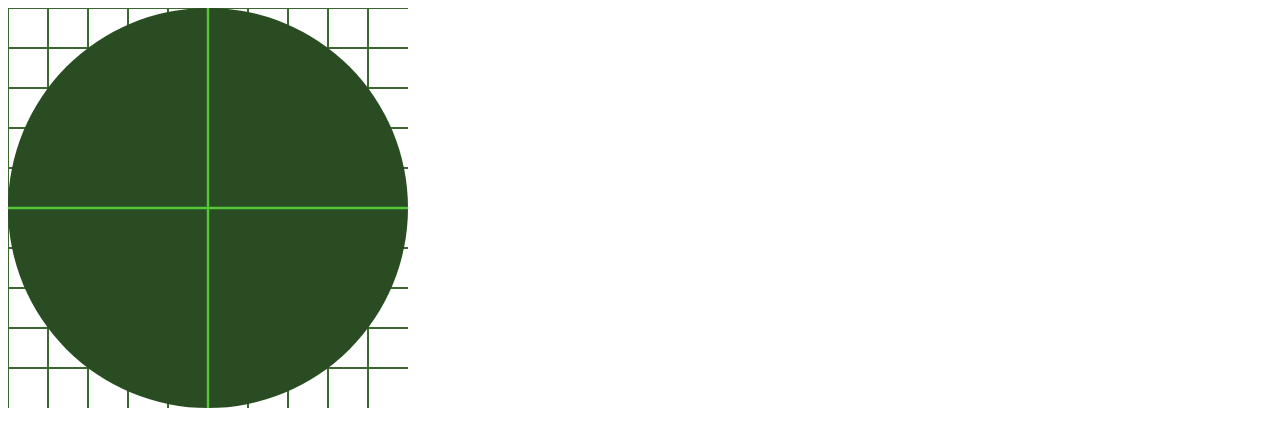
Repository: pedro-mancano/ProjetoCDM204
Page: scripts/radar.html
The author's editor kept a copy of each file at every save. The page is drawn from the files as they stood at one save, then again after the next save.
The browser window is 1280 px wide. The pictures show the whole page.

Above is the page before, as saved 2024-11-27 08:11:15.

After the next save:
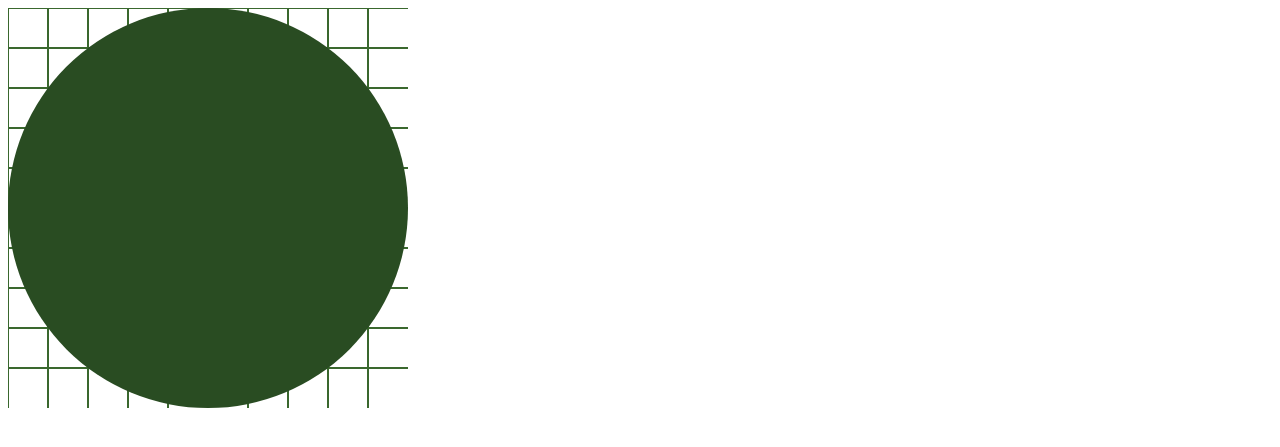
Console error: ReferenceError: centerX is not defined
Saved 3 min 52 s later.
--- a/scripts/radar.js
+++ b/scripts/radar.js
@@ -31,6 +31,12 @@
   ctx.fill();
 
   // Clear outside of the circle
+  ctx.globalCompositeOperation = 'destination-out';
+  ctx.beginPath();
+  ctx.arc(centerX, centerY, canvas.height / 200, 0, Math.PI * 2);
+  ctx.rect(canvas.width, canvas.height, -canvas.width, -canvas.height); // Covers entire canvas
+  ctx.fill();
+  ctx.globalCompositeOperation = 'source-over'; // Reset mode
 
 
   // Draw grid lines (4 lines, 90 degrees apart)

After the save that followed:
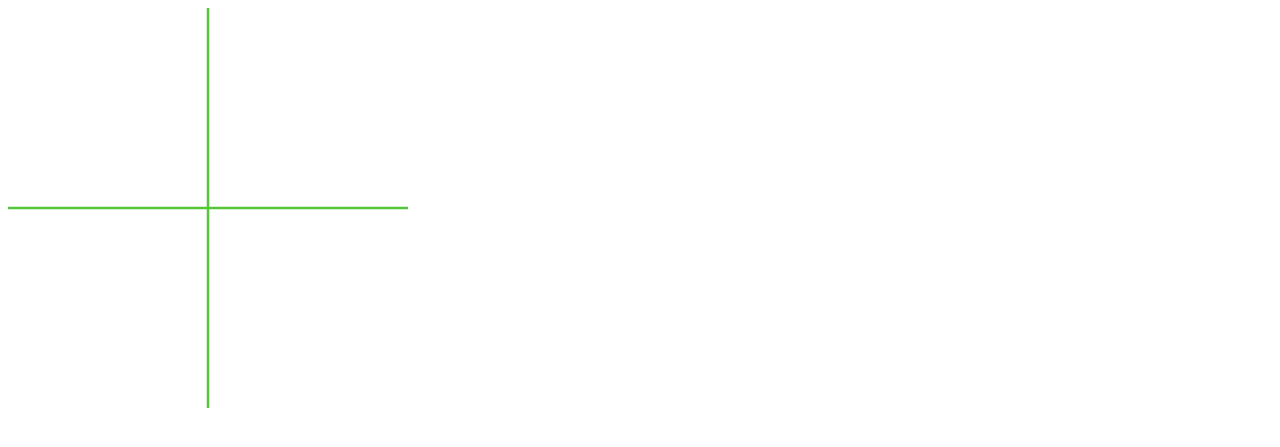
The error is gone.
Saved 9 s later.
--- a/scripts/radar.js
+++ b/scripts/radar.js
@@ -33,7 +33,7 @@
   // Clear outside of the circle
   ctx.globalCompositeOperation = 'destination-out';
   ctx.beginPath();
-  ctx.arc(centerX, centerY, canvas.height / 200, 0, Math.PI * 2);
+  ctx.arc(canvas.height / 200, canvas.height / 200, canvas.height / 200, 0, Math.PI * 2);
   ctx.rect(canvas.width, canvas.height, -canvas.width, -canvas.height); // Covers entire canvas
   ctx.fill();
   ctx.globalCompositeOperation = 'source-over'; // Reset mode
